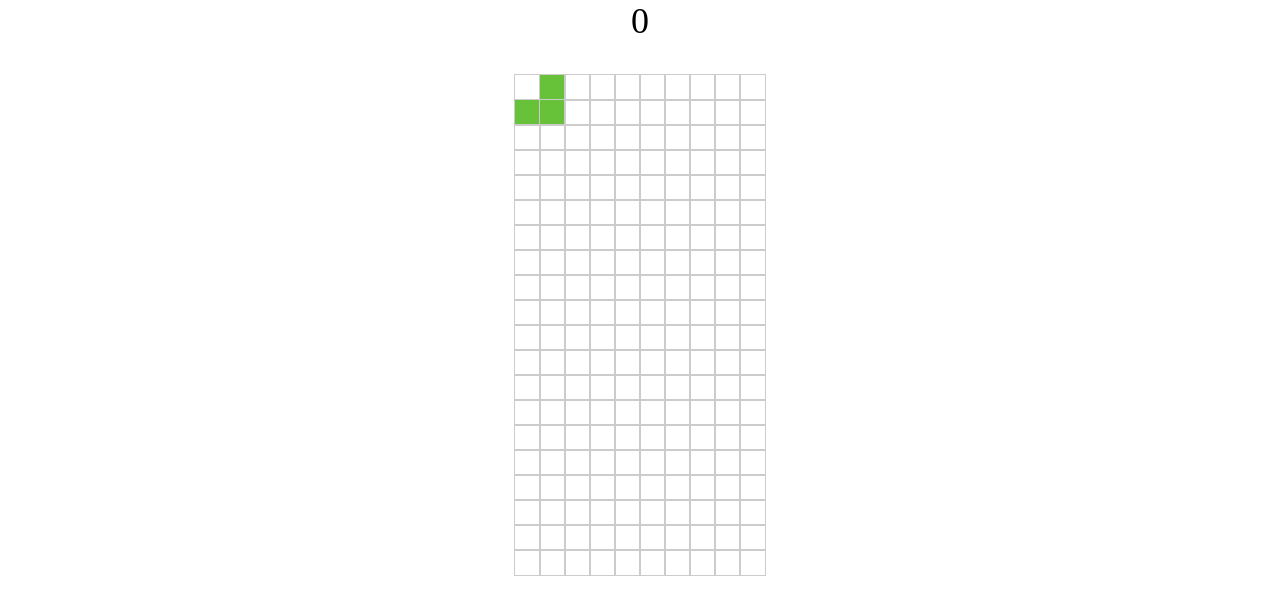
Repository: chlwpdnswku/tetris
Page: index.html
An editor plug-in stored every save of this project. The page is shown before and after the next save, followed by the edit.
The browser window is 1280 px wide. The pictures show the whole page.

Above is the page before, as saved 2022-12-12 02:25:23.

After the next save:
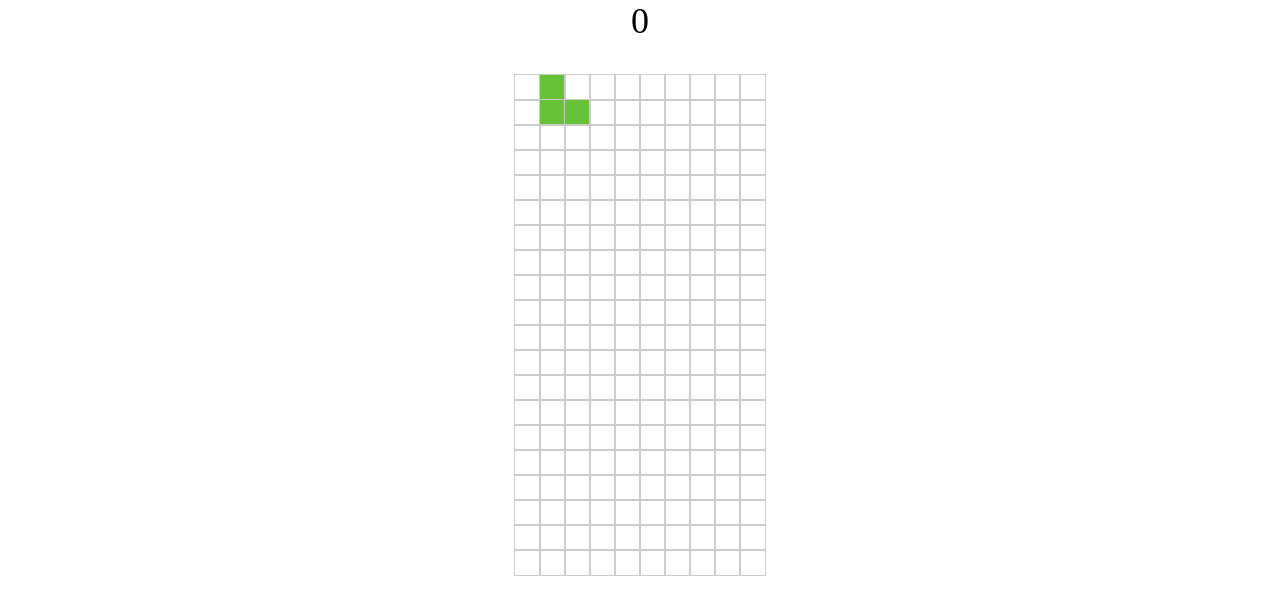
Saved 9 s later.
--- a/script.js
+++ b/script.js
@@ -23,7 +23,7 @@ const BLOCKS = {
       [1, 1],
     ],
     [
-      [0, 1],
+      [2, 1],
       [1, 1],
       [1, 0],
       [1, 1],
